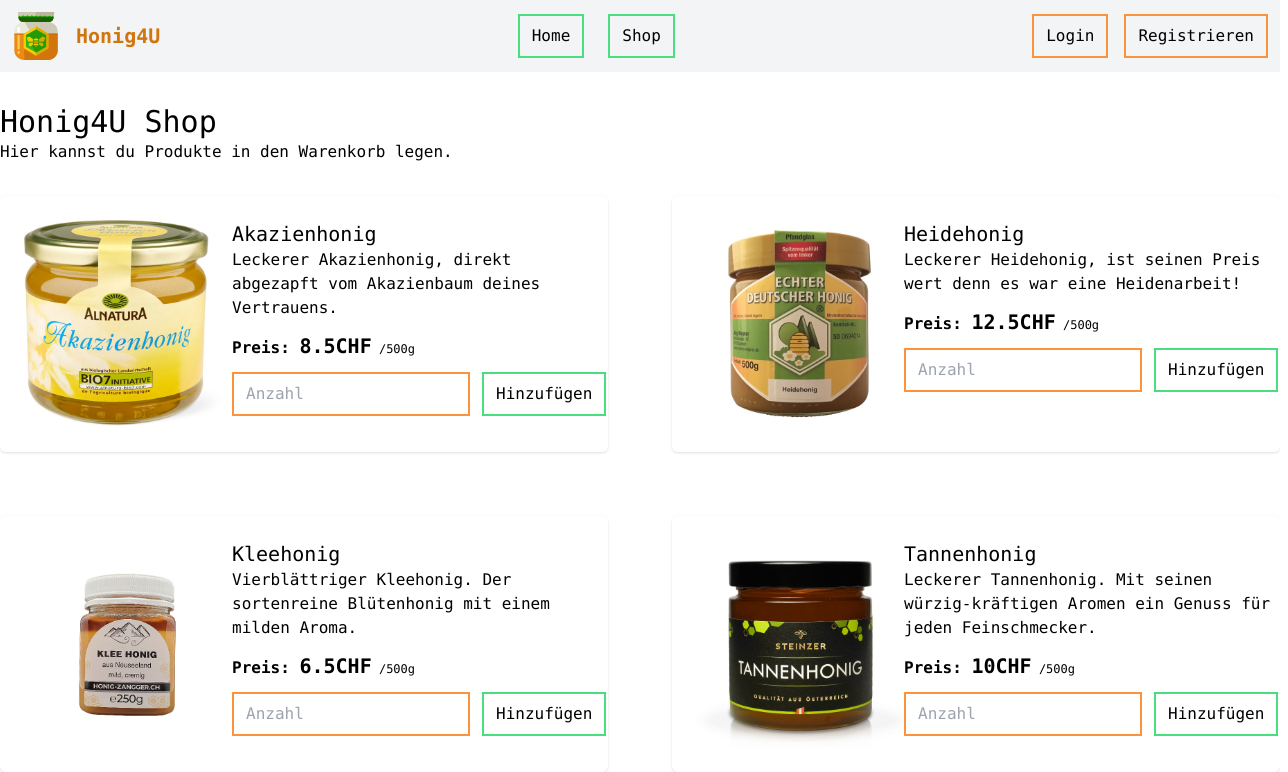
Repository: cainytheslave/PHPHonigShop
Page: http://localhost/shop.php
An editor plug-in stored every save of this project. The page is shown before and after the next save, followed by the edit.
The browser window is 1280 px wide. The page is 1280 px wide, then 1288 px, then 1280 px, so the pictures cover 1288 px, including what lies to the right of the window. The pictures show the whole page.
The page is run by PHP 8.4 with error messages shown; the project is at /var/www/html/. Style sheets and scripts are compiled from the project's sources, by tool versions that may differ from the author's.

Above is the page before, as saved 2022-03-11 02:10:47.

After the next save:
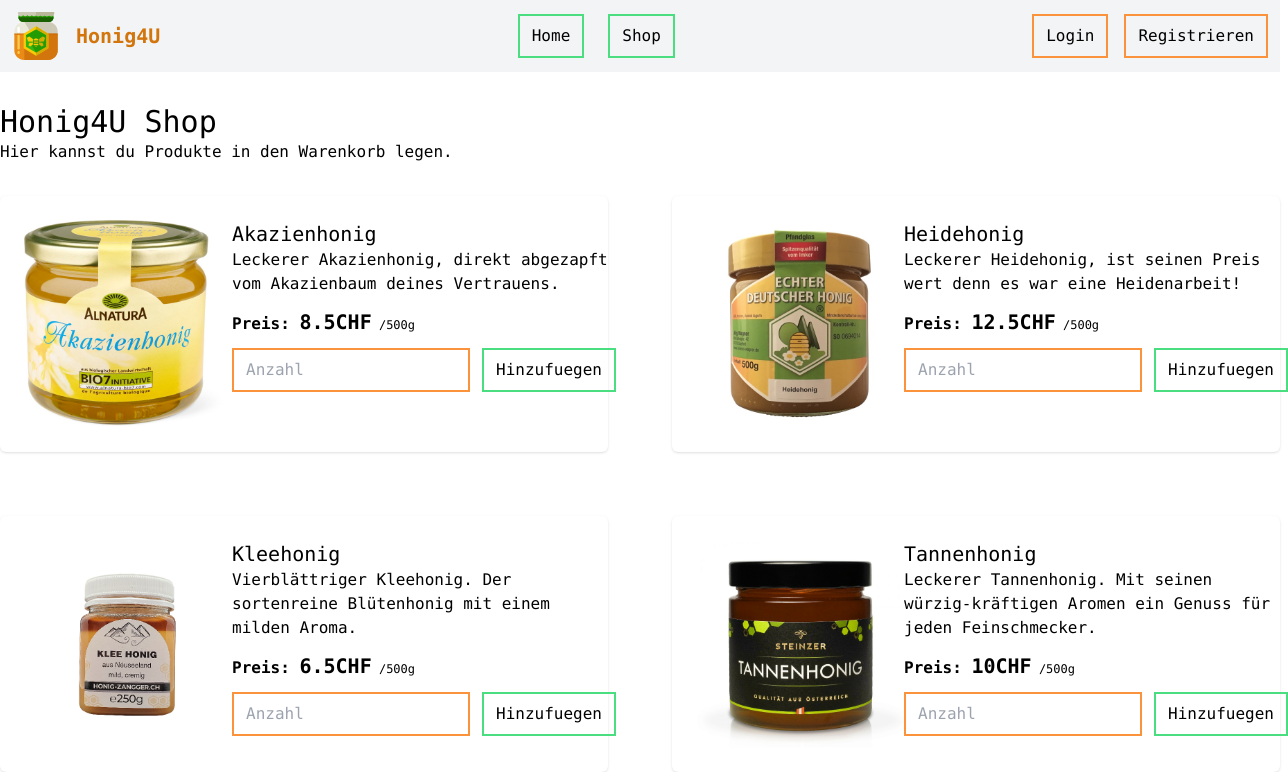
Saved 19 s later.
--- a/shop.php
+++ b/shop.php
@@ -76,7 +76,7 @@
                         <p class="mt-3 font-semibold">Preis: <span class="text-xl"><?= $produkt['preis'] ?>CHF</span><span class="text-xs font-thin"> /500g</span></p>
                         <form class="flex items-stretch gap-3 mt-3" action="" method="POST">
                             <?= Komponente::input('number', 'Anzahl', 'count') ?>
-                            <?= Komponente::button('Hinzufügen', $id, 'green') ?>
+                            <?= Komponente::button('Hinzufuegen', $id, 'green') ?>
                         </form>
                     </div>
                 </div>

After the save that followed:
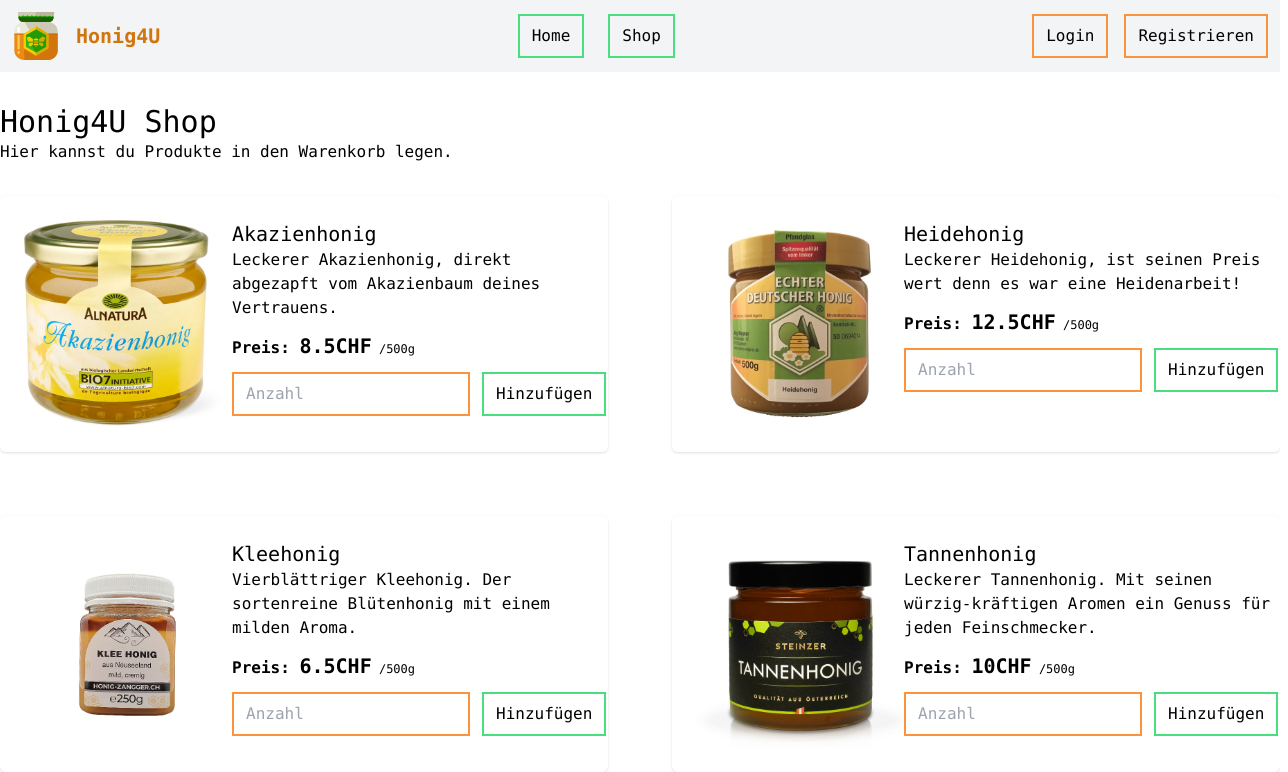
Saved 17 s later.
--- a/shop.php
+++ b/shop.php
@@ -76,7 +76,7 @@
                         <p class="mt-3 font-semibold">Preis: <span class="text-xl"><?= $produkt['preis'] ?>CHF</span><span class="text-xs font-thin"> /500g</span></p>
                         <form class="flex items-stretch gap-3 mt-3" action="" method="POST">
                             <?= Komponente::input('number', 'Anzahl', 'count') ?>
-                            <?= Komponente::button('Hinzufuegen', $id, 'green') ?>
+                            <?= Komponente::button('Hinzufügen', $id, 'green') ?>
                         </form>
                     </div>
                 </div>
